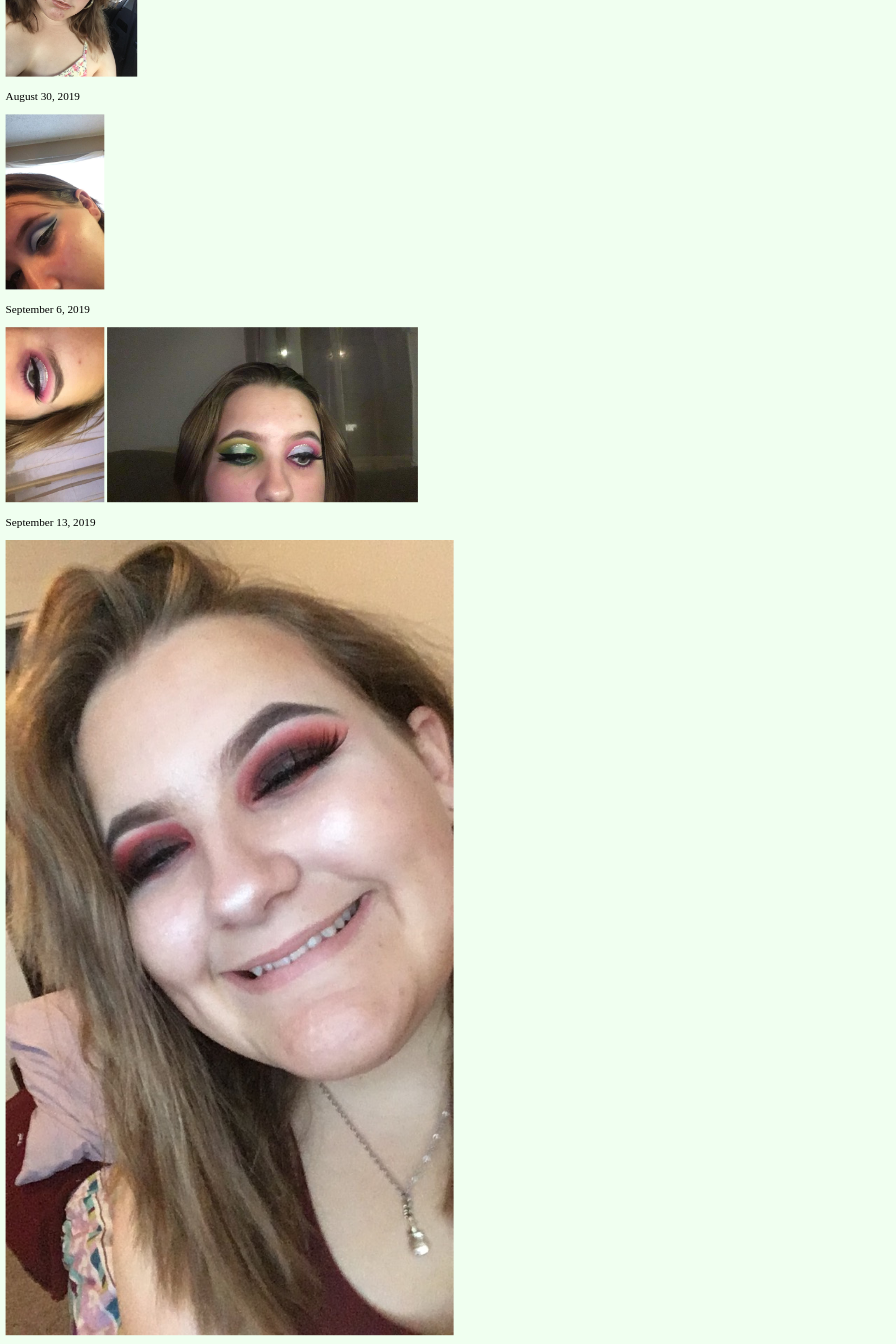
Repository: EMcmurray1862/emcmurray1862.github.io
Page: my_website/makeup.html
The author's editor kept a record of every edit. The page is drawn from the files as they stood at one moment, then again after the next edit.
The browser window is 1280 px wide. The pictures show the part of the page from y = 1548 to 3468 px (the page is 3468 px tall before and 2582 px after), at 70% of full size.

Above is the page before.

After the next edit:
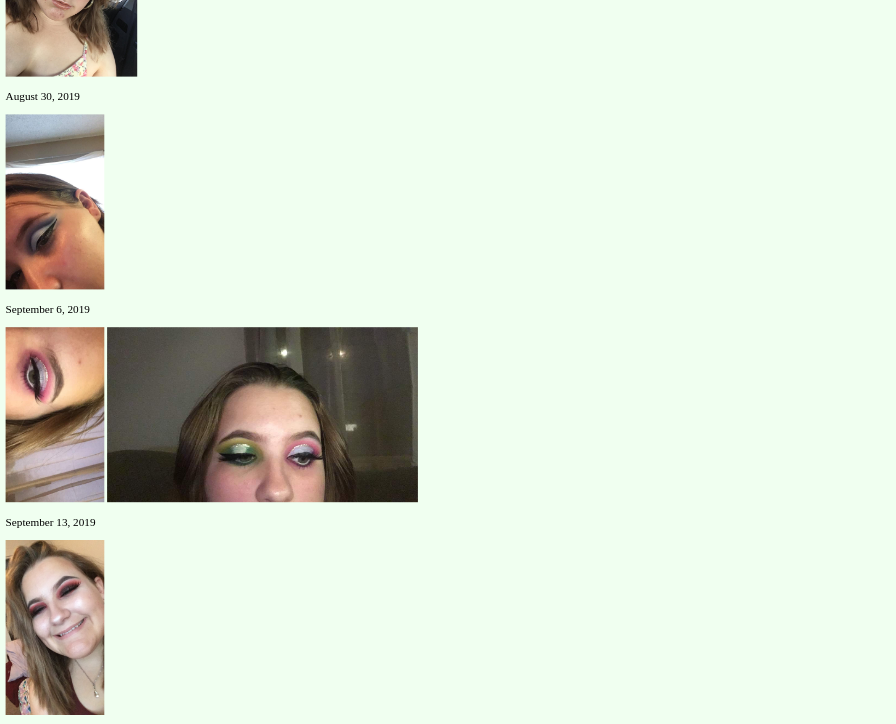
The edit:
--- a/my_website/makeup.html
+++ b/my_website/makeup.html
@@ -27,7 +27,7 @@
     <img src="images/purple_blue_glitter.jpg" height="250">
     <img src="images/green_glitter.jpg" height="250">
     <p>September 13, 2019</p>
-    <img src="images/red_black.jpg">
+    <img src="images/red_black.jpg" height="250">
     <br>
     <a target="_blank" href="https://scratch.mit.edu">
     </a>
